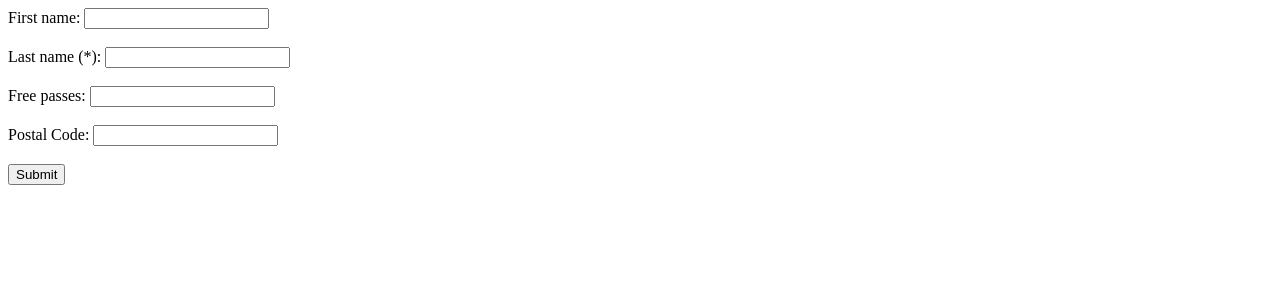
Repository: ltingyu66/project
Page: http://localhost/spring-mvc-demo/customer/showForm
The author's editor kept a copy of each file at every save. The page is drawn from the files as they stood at one save, then again after the next save.
The browser window is 1280 px wide. The pictures show the whole page.
The page is served by Tomcat 9.

Above is the page before, as saved 2020-03-14 04:49:43.

After the next save:
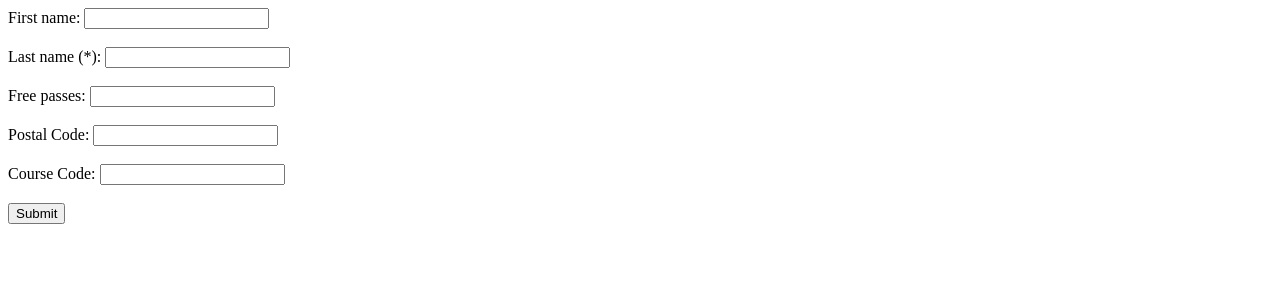
Saved 101 s later.
--- a/spring-mvc-demo/WebContent/WEB-INF/view/customer-form.jsp
+++ b/spring-mvc-demo/WebContent/WEB-INF/view/customer-form.jsp
@@ -28,6 +28,10 @@
 		Postal Code: <form:input path="postalCode"/>
 		<form:errors path="postalCode" cssClass="error" />
 		<br><br>
+		Course Code: <form:input path="courseCode"/>
+		<form:errors path="courseCode" cssClass="error" />
+
+		<br><br>
 		<input type="submit" value="Submit" />
 
 	</form:form>
